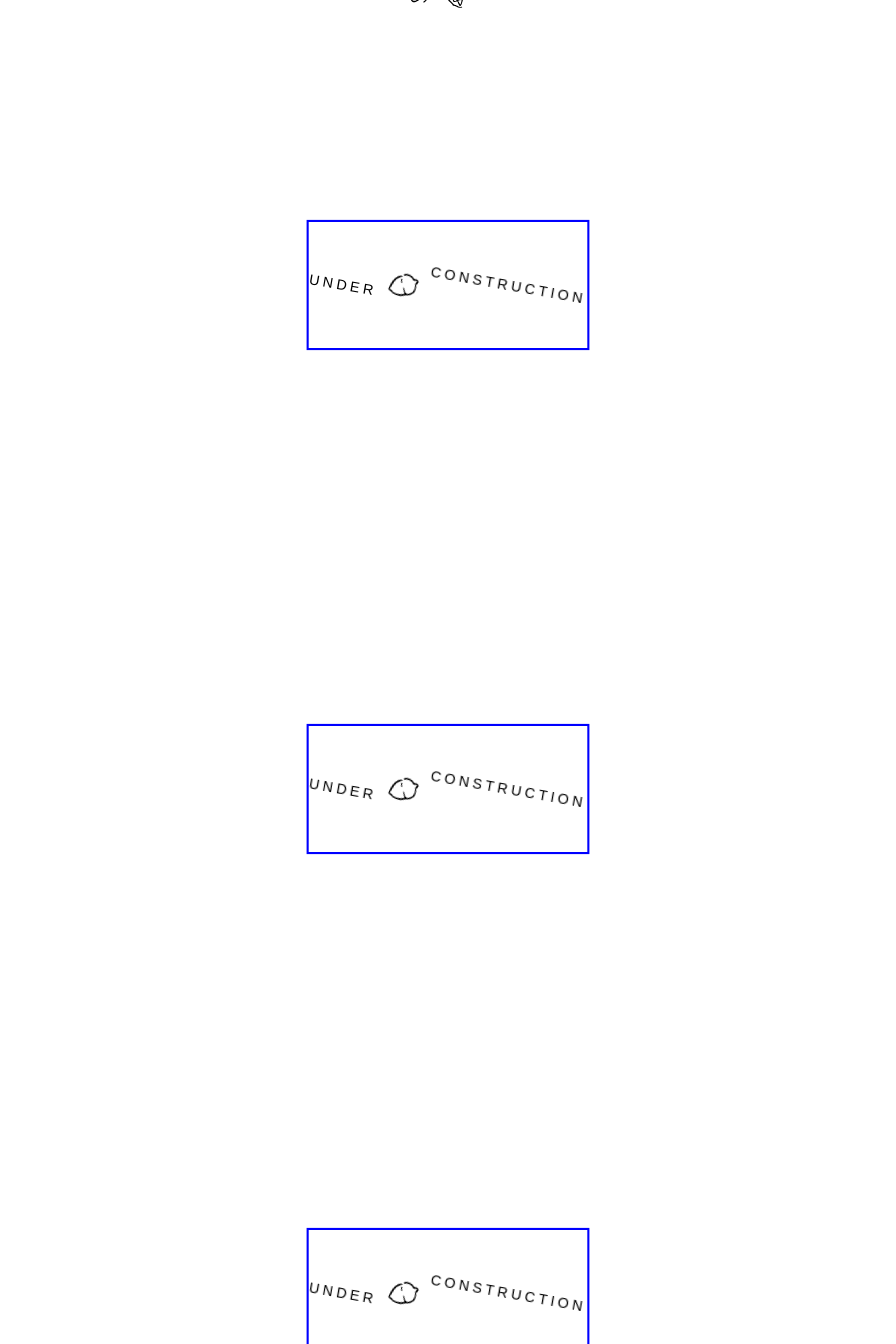
Repository: Achorn/achorn.github.io
Page: /
The author's editor kept a copy of each file at every save. The page is drawn from the files as they stood at one save, then again after the next save.
The browser window is 1280 px wide. The pictures show the part of the page from y = 673 to 2593 px (the page is 2880 px tall), at 70% of full size.
The project was rebuilt for these pictures with package versions that can differ from the ones it lists, and the page was loaded fresh each time.

Above is the page before, as saved 2023-05-10 10:48:05.

After the next save:
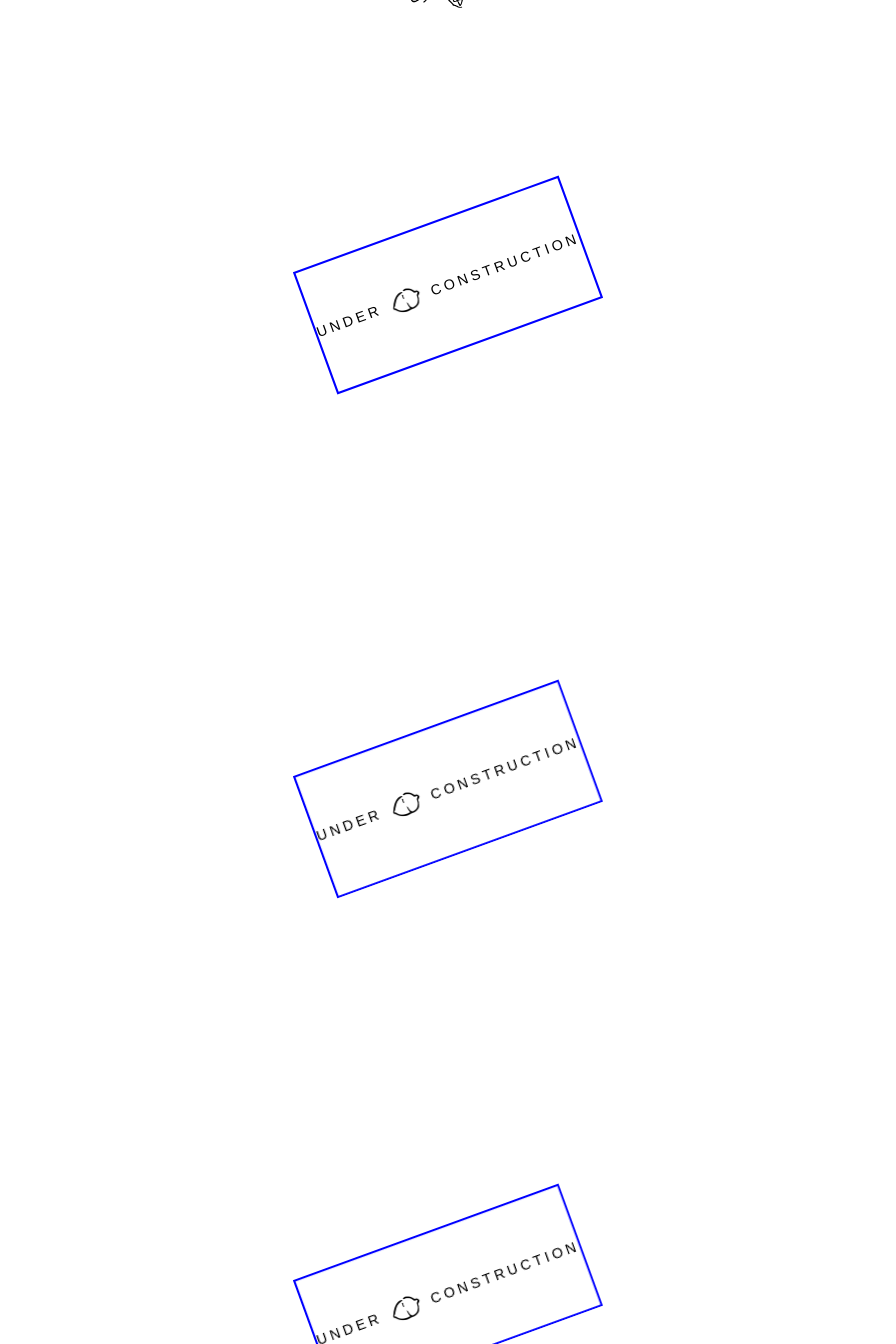
Saved 18 s later.
--- a/src/main/Main.css
+++ b/src/main/Main.css
@@ -82,6 +82,7 @@
   flex-direction: row;
   align-items: center;
   justify-content: center;
+  transform: rotate(340deg);
 }
 #under-construction-text {
   user-select: none;
@@ -92,7 +93,6 @@
   line-height: 2.23vw;
   letter-spacing: 0.39vw;
   font-size: 1.6vw;
-  transform: rotate(10deg);
 }
 
 .Acorn-logo {
